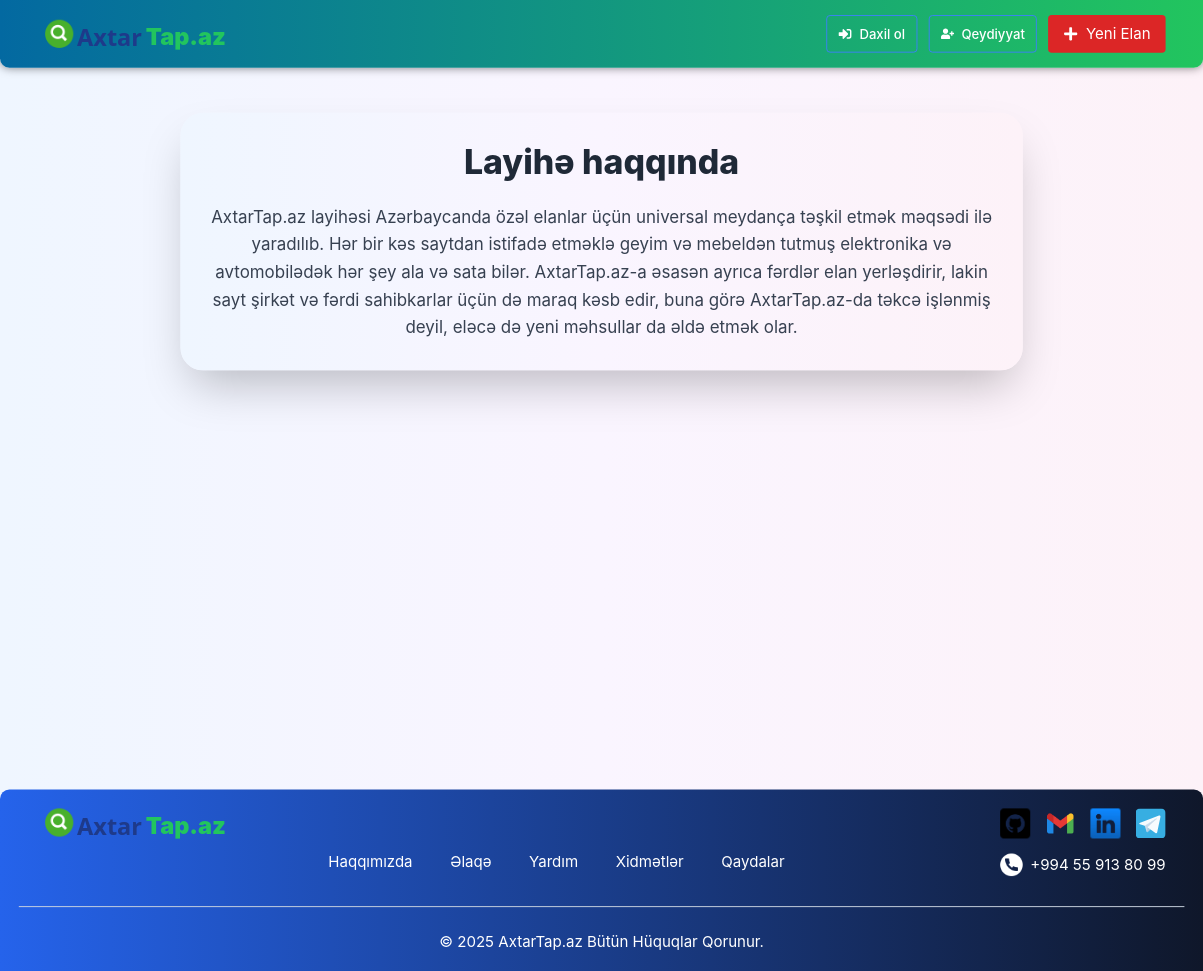
Repository: Omur56/AxtarTap.az
Page: /about
These files come from the project's save history. The page is drawn as it stood at one moment and after the next save; the edit follows.
The browser window is 1280 px wide. The pictures show the whole page, at 94% of full size.
The project was rebuilt for these pictures with package versions that can differ from the ones it lists, and the page was loaded fresh each time. Some packages were replaced by stand-ins written for this rebuild. Also part of the build but not shown: src/pages/Contact/index.jsx, src/pages/Qaydalar/index.jsx, src/pages/Yardım/index.jsx, src/pages/Xidmetler/index.jsx, src/pages/Katalog/Cateqories/index.jsx, src/pages/Katalog/index.jsx, src/pages/Home/index.jsx, src/components/CreatePostNeqliyyat/index.jsx and 32 more.

Above is the page before, as saved 2025-08-21 19:47:39.

After the next save:
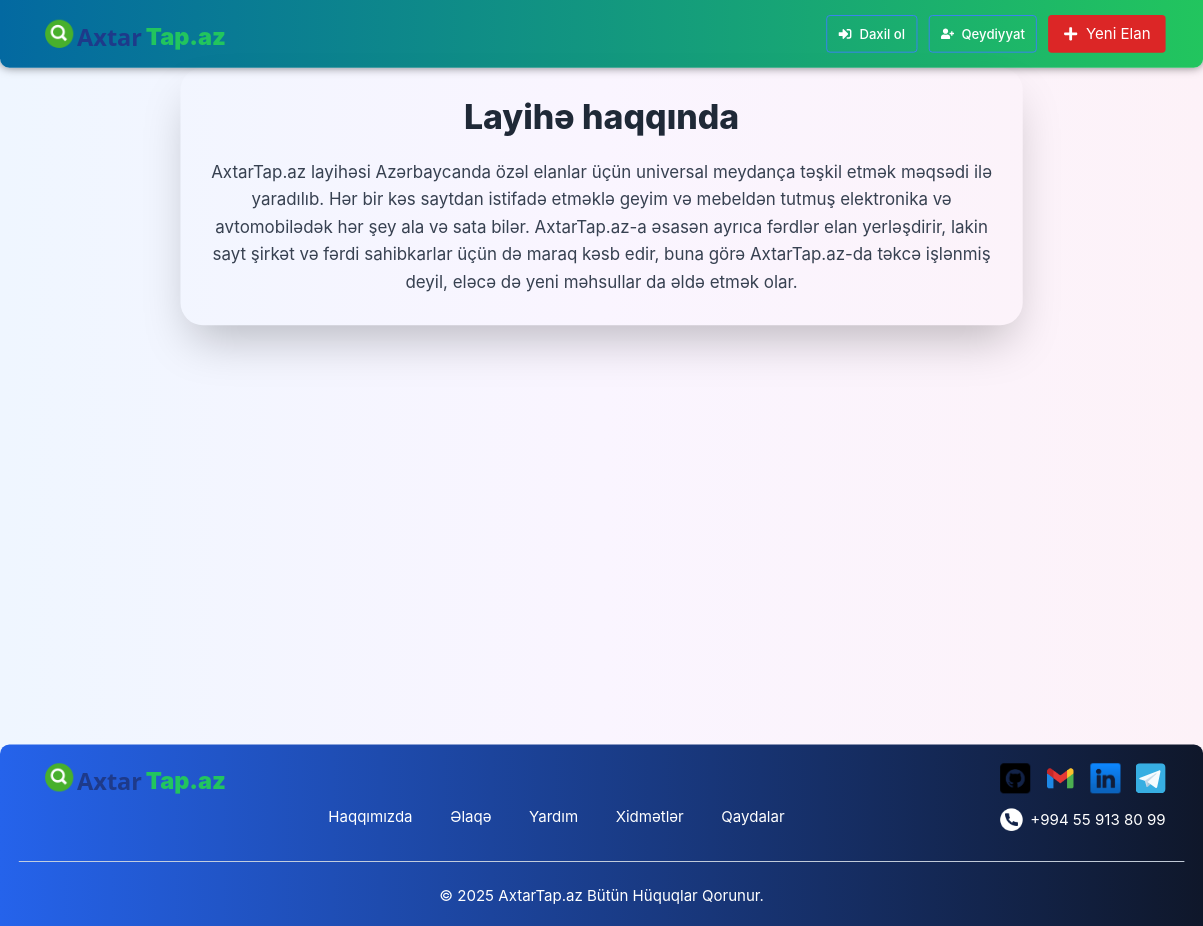
Saved 11 s later.
--- a/src/pages/About/index.jsx
+++ b/src/pages/About/index.jsx
@@ -8,7 +8,7 @@
 
 
 
-<div className="max-w-4xl mx-auto my-auto p-8 mt-12 mb-12 bg-gradient-to-r from-blue-50 via-purple-50 to-pink-50 rounded-3xl shadow-2xl">
+<div className="max-w-4xl mx-auto my-auto p-8 g-gradient-to-r from-blue-50 via-purple-50 to-pink-50 rounded-3xl shadow-2xl">
   <h2 className="text-4xl font-extrabold text-gray-800 mb-6 text-center">Layihə haqqında</h2>
 
   <p className="text-gray-700 text-lg leading-relaxed text-center">

After the save that followed:
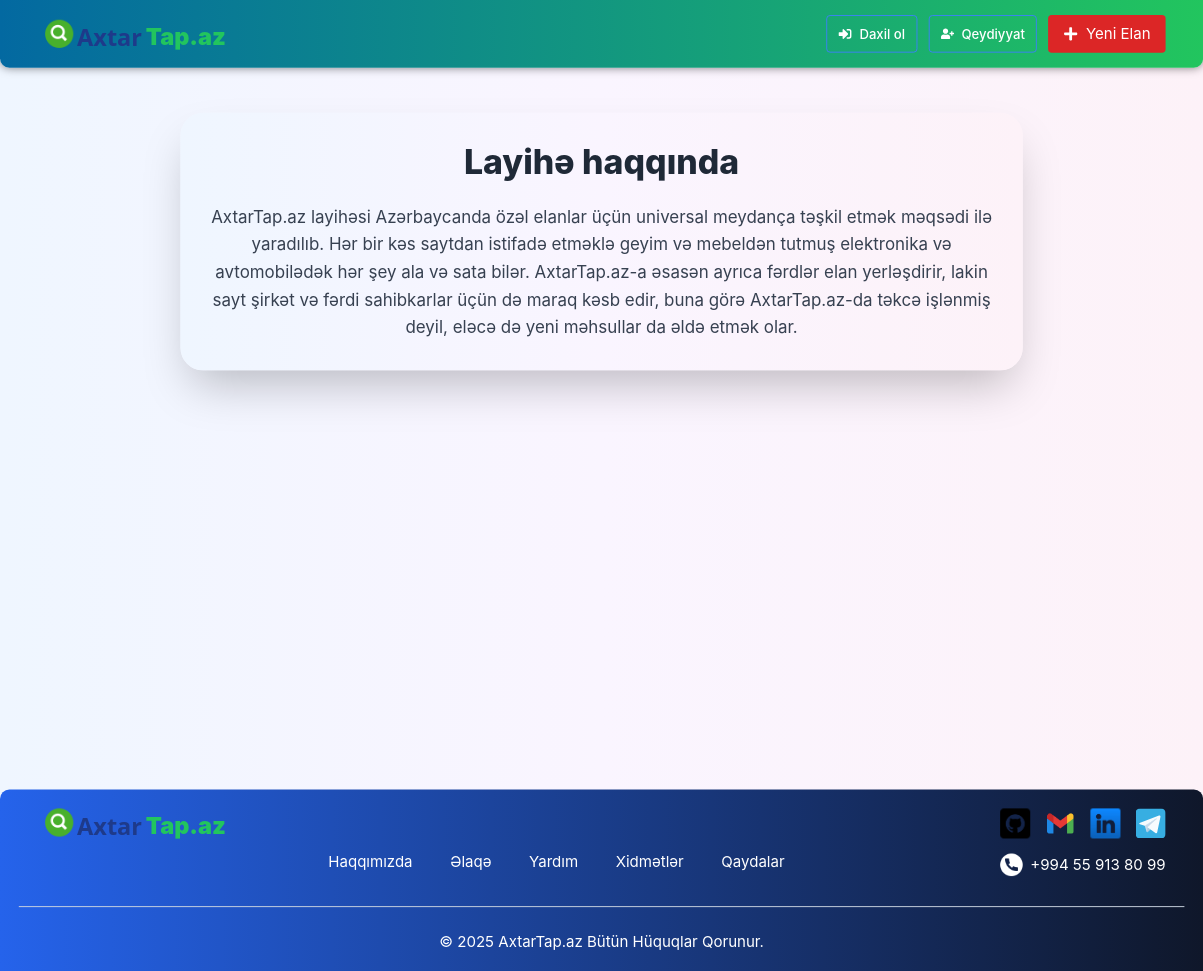
Saved 9 s later.
--- a/src/pages/About/index.jsx
+++ b/src/pages/About/index.jsx
@@ -8,7 +8,7 @@
 
 
 
-<div className="max-w-4xl mx-auto my-auto p-8 g-gradient-to-r from-blue-50 via-purple-50 to-pink-50 rounded-3xl shadow-2xl">
+<div className="max-w-4xl mx-auto my-auto p-8 mt-12 mb-12 bg-gradient-to-r from-blue-50 via-purple-50 to-pink-50 rounded-3xl shadow-2xl">
   <h2 className="text-4xl font-extrabold text-gray-800 mb-6 text-center">Layihə haqqında</h2>
 
   <p className="text-gray-700 text-lg leading-relaxed text-center">
